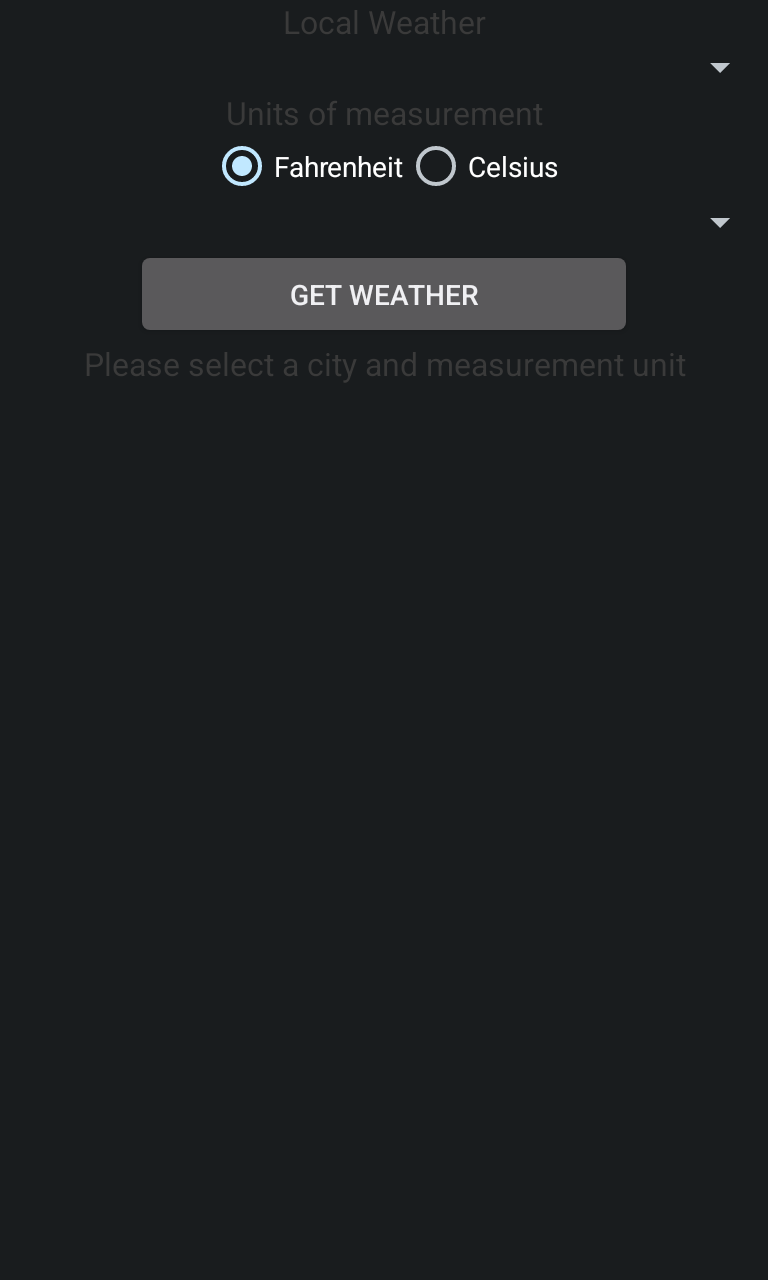
Repository: efreestone/Java1
Layout: Java1Project4/res/layout/activity_main.xml
The author's editor kept a copy of each file at every save. The layout is drawn from the files as they stood at one save, then again after the next save.
It is drawn on a 768 x 1280 px phone screen (xhdpi) without system bars, with theme android:Theme.DeviceDefault; the app's code is not run.

Above is the layout before, as saved 2014-03-26 22:58:47.

### Java1Project4/res/layout/activity_main.xml
<?xml version="1.0" encoding="utf-8"?>
<LinearLayout xmlns:android="http://schemas.android.com/apk/res/android"
    android:id="@+id/parentView"
    android:layout_width="match_parent"
    android:layout_height="match_parent"
    android:orientation="vertical"> <!-- style="@style/backgroundStyle" -->

    <!-- Top Linear Layout with controls -->
    <!-- <LinearLayout
        android:layout_width="match_parent"
        android:layout_height="wrap_content"
        android:orientation="horizontal"> -->

        <!-- Title -->
        <TextView
            android:layout_width="match_parent"
            android:layout_height="wrap_content"
            android:gravity="center"
            android:text="@string/titleString"
            style="@style/labelStyle"/>

        <!-- City Spinner -->
        <Spinner
            android:id="@+id/citySpinner"
            android:layout_width="match_parent"
            android:layout_height="wrap_content"/>

        <!-- Measurement Title -->
        <TextView
            android:layout_width="match_parent"
            android:layout_height="wrap_content"
            android:gravity="center"
            android:text="@string/measureTitleString"
            style="@style/labelStyle"/>

        <!-- Measurement Radio Buttons -->
        <RadioGroup
            android:id="@+id/tempUnitRadioGroup"
            android:layout_width="wrap_content"
            android:layout_height="wrap_content"
            android:layout_gravity="center"
            android:orientation="horizontal">

            <RadioButton
                android:id="@+id/fahrenheitRadio"
                android:layout_width="match_parent"
                android:layout_height="wrap_content"
                android:text="@string/fahrenheitString"
                android:checked="true"/>

            <RadioButton
                android:id="@+id/celsiusRadio"
                android:layout_width="match_parent"
                android:layout_height="wrap_content"
                android:text="@string/celsiusString"/>
        </RadioGroup>

        <!-- Current Spinner -->
        <Spinner
            android:id="@+id/currentSpinner"
            android:layout_width="match_parent"
            android:layout_height="wrap_content"/>

        <!-- Get Weather Button -->
        <Button
            android:id="@+id/weatherButton"
            android:layout_width="wrap_content"
            android:layout_height="wrap_content"
            android:layout_gravity="center"
            android:width="250dp"
            android:text="@string/weatherButtonString"/>

	<!-- </LinearLayout> -->

	<!-- Bottom Gridlayout for temp display -->
	<GridLayout
	    android:id="@+id/tempGrid"
	    android:layout_width="match_parent"
	    android:layout_height="wrap_content"
	    android:columnCount="2">

        <!-- Display Temp -->
        <TextView
            android:id="@+id/displayTempView"
            android:layout_width="match_parent"
            android:layout_height="wrap_content"
            android:gravity="center"
            android:text="@string/displayTempString"
            style="@style/labelStyle"/>

       <TextView
           android:id="@+id/dayOne"
           android:layout_width="match_parent"
           android:layout_height="wrap_content"/>

       <TextView
           android:id="@+id/tempOne"
           android:layout_width="match_parent"
           android:layout_height="wrap_content"/>

	</GridLayout>

</LinearLayout>

### Java1Project4/res/values/strings.xml
<?xml version="1.0" encoding="utf-8"?>
<resources>

    <string name="app_name">Java1Project4</string>
    <string name="action_settings">Settings</string>
    <string name="hello_world">Hello world!</string>

    <!-- Title and button strings -->
    <string name="titleString">Local Weather</string>
    <string name="measureTitleString">Units of measurement</string>
    <string name="weatherButtonString">Get Weather</string>
    <string name="displayTempString">Please select a city and measurement unit</string>

    <!-- Connection Alert strings -->
    <string name="noConnectionTitle">Connection Error</string>
    <string name="noConnectionAlert">This application requires internet access. Please check your network connection and try again.</string>

    <!-- Main URL strings -->
    <string name="mainURLString">http://api.wunderground.com/api/8204b5c9bf753afb/</string>
    <string name="conditionsURLString">conditions/q/</string>
    <string name="forecastURLString">forecast/q/</string>
    <!-- City URL strings -->
    <string name="lovelandString">CO/Loveland.json</string>
    <string name="losAngelesString">CA/Los_Angeles.json</string>
    <string name="newYorkString">NY/New_York.json</string>
    <string name="chicagoString">IL/Chicago.json</string>
    <string name="orlandoString">FL/Orlando.json</string>

    <!-- Radio Button Text -->
    <string name="fahrenheitString">Fahrenheit</string>
    <string name="celsiusString">Celsius</string>

    <!-- Cities array for first spinner -->
    <string-array name="cities_array">
        <item >Loveland</item>
        <item >Los Angeles</item>
        <item >New York</item>
        <item >Chicago</item>
        <item >Orlando</item>
    </string-array>

    <!-- Array for second spinner -->
    <string-array name="current_forecast">
        <item >Current Weather</item>
        <item >3-day Forecast</item>
    </string-array>

    <!-- Weather Icon -->
    <string name="weatherIconAccString">Weather Icon</string>
    <string name="weatherIconURL"></string>
    <string name="weatherProvidedBy">Weather Provided By:</string>

</resources>

### Java1Project4/res/drawable-hdpi/round_button.xml
<?xml version="1.0" encoding="utf-8"?>
<layer-list xmlns:android="http://schemas.android.com/apk/res/android">

    <item>
        <shape android:shape="rectangle">
            <corners android:radius="5dip"/>
        </shape>
    </item>
</layer-list>

### Java1Project4/res/drawable-ldpi/round_button.xml
<?xml version="1.0" encoding="utf-8"?>
<layer-list xmlns:android="http://schemas.android.com/apk/res/android">

    <item>
        <shape android:shape="rectangle">
            <corners android:radius="5dip"/>
        </shape>
    </item>
</layer-list>

### Java1Project4/res/drawable-mdpi/round_button.xml
<?xml version="1.0" encoding="utf-8"?>
<layer-list xmlns:android="http://schemas.android.com/apk/res/android">

    <item>
        <shape android:shape="rectangle">
            <corners android:radius="5dip"/>
        </shape>
    </item>
</layer-list>

### Java1Project4/res/drawable-xhdpi/round_button.xml
<?xml version="1.0" encoding="utf-8"?>
<layer-list xmlns:android="http://schemas.android.com/apk/res/android">

    <item>
        <shape android:shape="rectangle">
            <corners android:radius="5dip"/>
        </shape>
    </item>
</layer-list>

### Java1Project4/res/drawable-xxhdpi/round_button.xml
<?xml version="1.0" encoding="utf-8"?>
<layer-list xmlns:android="http://schemas.android.com/apk/res/android">

    <item>
        <shape android:shape="rectangle">
            <corners android:radius="5dip"/>
        </shape>
    </item>
</layer-list>

Loaded but not shown: Java1Project4/res/values-v14/styles.xml (common file)

After the next save:
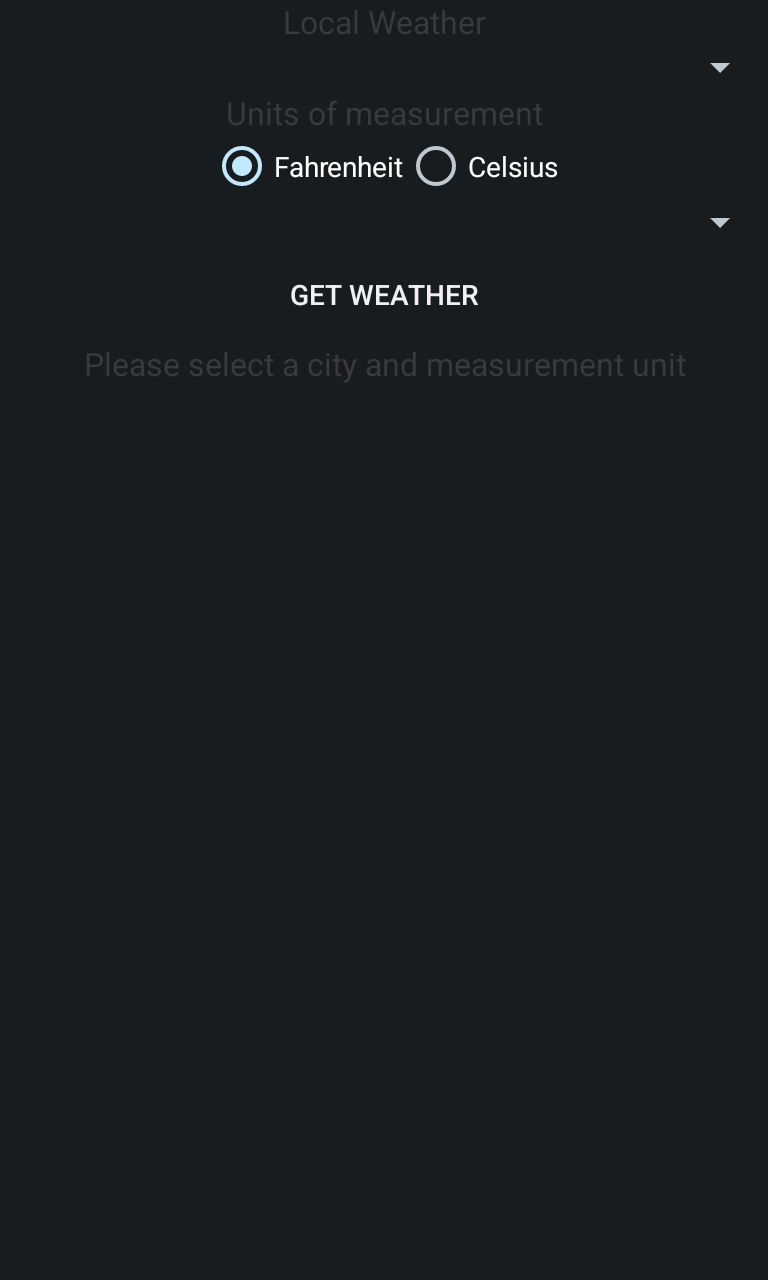
Saved 102 s later.
--- a/Java1Project4/res/layout/activity_main.xml
+++ b/Java1Project4/res/layout/activity_main.xml
@@ -68,7 +68,8 @@
             android:layout_height="wrap_content"
             android:layout_gravity="center"
             android:width="250dp"
-            android:text="@string/weatherButtonString"/>
+            android:text="@string/weatherButtonString"
+            android:background="@drawable/round_button"/>
 
 	<!-- </LinearLayout> -->
 

After the save that followed:
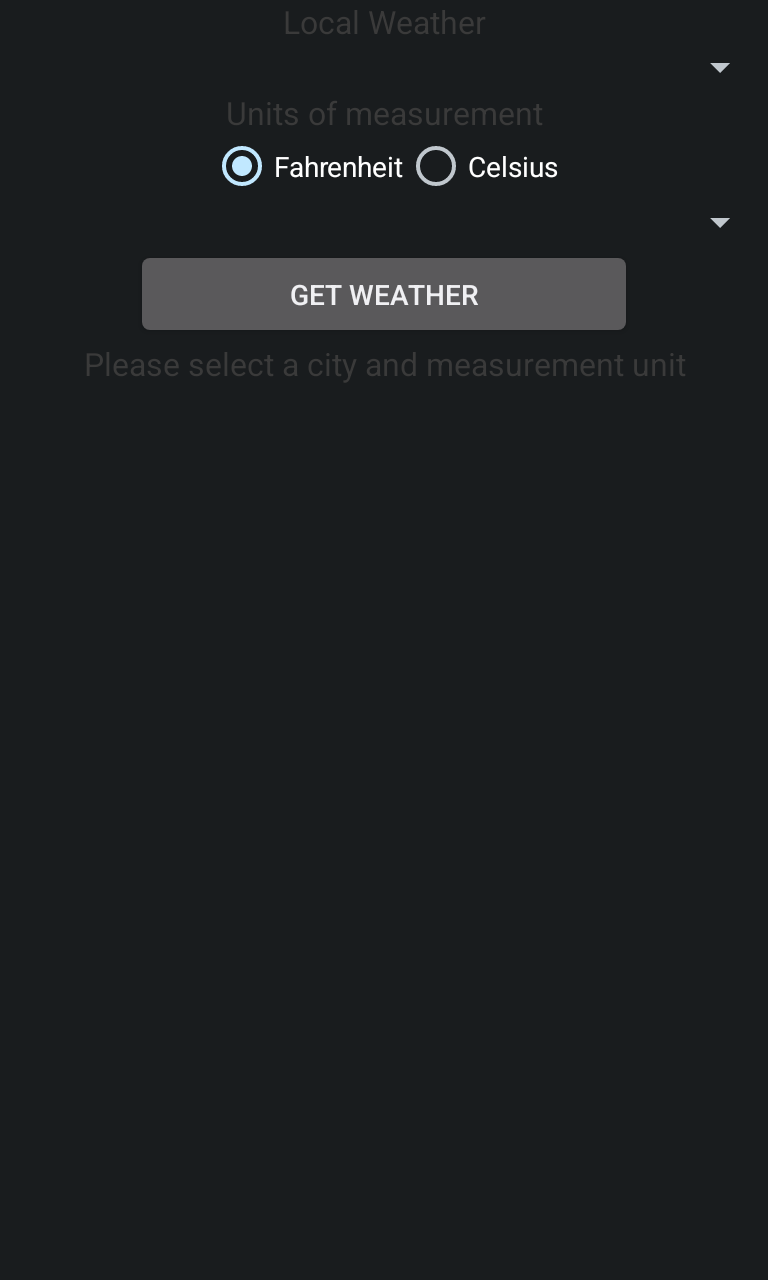
Saved 101 s later.
--- a/Java1Project4/res/layout/activity_main.xml
+++ b/Java1Project4/res/layout/activity_main.xml
@@ -69,7 +69,7 @@
             android:layout_gravity="center"
             android:width="250dp"
             android:text="@string/weatherButtonString"
-            android:background="@drawable/round_button"/>
+            />
 
 	<!-- </LinearLayout> -->
 
